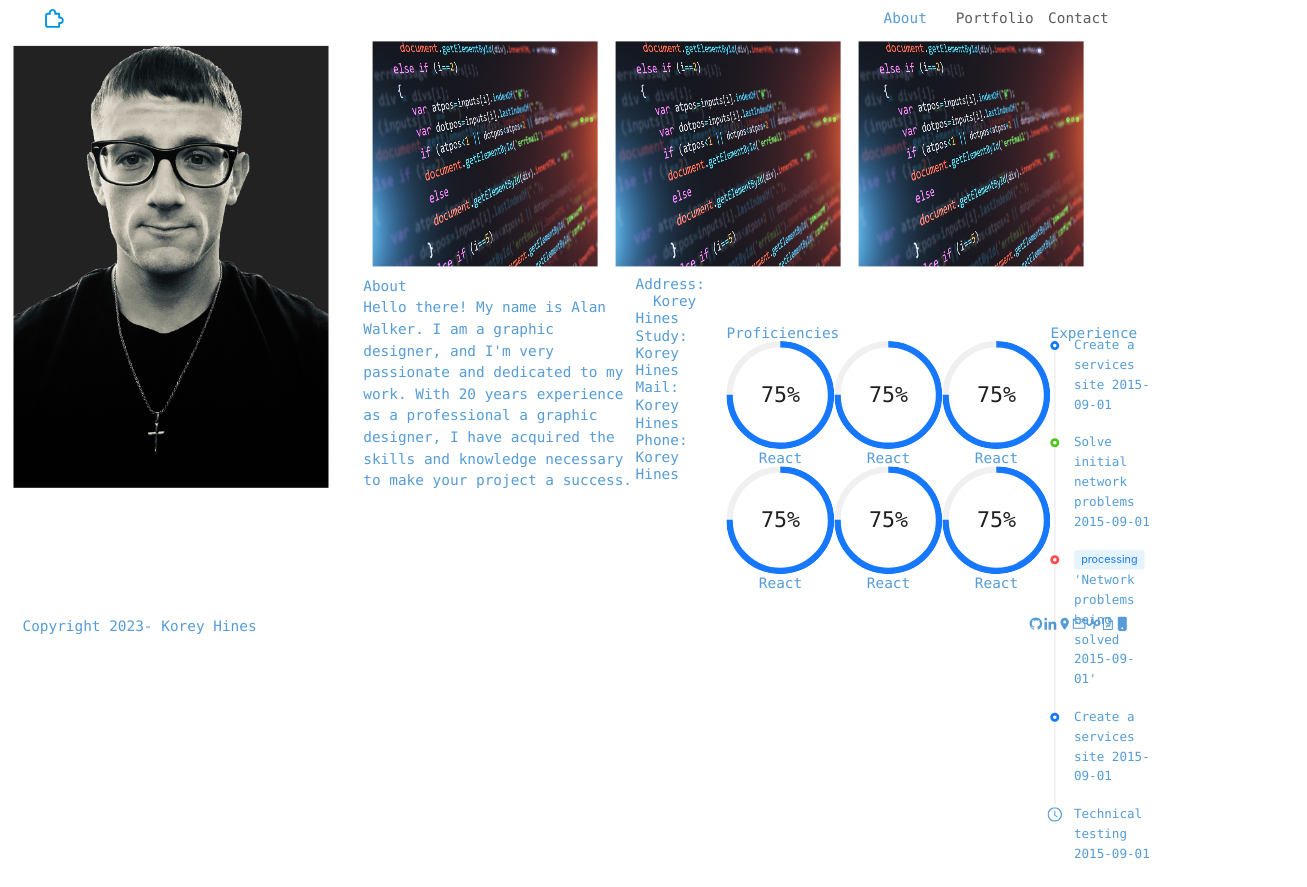
Repository: devkthines/next-portfolio-v2
Page: /about
The author's editor kept a copy of each file at every save. The page is drawn from the files as they stood at one save, then again after a run of saves.
The browser window is 1280 px wide. The page is 1292 px wide, then 1452 px, so the pictures cover 1452 px, including what lies to the right of the window. The pictures show the whole page, at 90% of full size.
The project was rebuilt for these pictures with package versions that can differ from the ones it lists, and the page was loaded fresh each time. The framework's server and built-in components were replaced by stand-ins that run in the browser. Also part of the build but not shown: next.config.js.

Above is the page before, as saved 2023-09-25 21:57:29.

### src/app/layout.tsx
import 'bootstrap/dist/css/bootstrap.css';
import './globals.css'
import '../../css/style.css'
import '../../css/mobile.css'
import type { Metadata } from 'next'
import { Inter } from 'next/font/google'
import TopNav from './components/topNav'
import Footer from './components/footer'
import BottomNav from './components/bottomNav'
// Put any other imports below so that CSS from your
// components takes precedence over default styles.
const inter = Inter({ subsets: ['latin'] })

export const metadata: Metadata = {
  title: "&lt;Korey ❤️ Coding/&gt;",
  description: 'Generated by create next app',
  icons: '/puzzle-piece.svg'
}

export default function RootLayout({
  children,
}: {
  children: React.ReactNode
}) {
  return (
    <html lang="en">
      <head>
        <link rel="shortcut icon" href="/puzzle-piece.svg" type="image/x-icon" />
      </head>
      <body className={inter.className}>
        <TopNav />
        {children}
        <Footer />
        <BottomNav />
      </body>
    </html>
  )
}

### src/app/about/page.js
'use client'
import Container from 'react-bootstrap/Container';
import Row from 'react-bootstrap/Row';
import Col from 'react-bootstrap/Col';
import Button from 'react-bootstrap/Button';
import Card from 'react-bootstrap/Card';
import { Progress, Space } from 'antd';
import { ClockCircleOutlined } from '@ant-design/icons';
import { Timeline } from 'antd';
import Image from 'next/image';
import { Descriptions } from 'antd';
import { Divider, Tag } from 'antd'
import { CaretRightOutlined } from '@ant-design/icons'
const items = [
  {
    key: '1',
    label: 'Name',
    children: 'Zhou Maomao',
  },
  {
    key: '2',
    label: 'Telephone',
    children: '209-366-9363',
  },
  {
    key: '3',
    label: 'Study',
    children: 'Software Engineering',
  },
  {
    key: '4',
    label: 'email',
    children: 'dev.kthines@gmail.com',
  },
  {
    key: '5',
    label: 'Address',
    children: 'Lodi, CA',
  },
];




export default function About() {

  return (
    <div id='about'>
      {/* <div> */}
      <Row>

          <Col id=''>
            <img variant="top" id='aboutImg' src='/images/IMG-update.jpg' /> </Col>
          <Col>
            <div>
              <div id='aboutImgs' className='d-flex'>
                <img className='aboutImgs' src="/images/webstorm-vs-vscode.jpeg" alt="" />
                <img className='aboutImgs' src="/images/webstorm-vs-vscode.jpeg" alt="" />
                <img className='aboutImgs' src="/images/webstorm-vs-vscode.jpeg" alt="" />
              </div>
              <div className='d-flex'>
                <div>
                  <span className='spanabout'>About</span>
                  <p>Hello there! My name is Alan Walker. I am
                    a graphic designer, and I'm very passionate and dedicated to my work.
                    With 20 years experience as a professional a graphic designer,
                    I have acquired the skills and knowledge necessary to make your project a success.</p>
                </div>
                <div>
                  <h6>Address: &nbsp;  Korey Hines</h6>
                  <h6>Study:  Korey Hines</h6>
                  <h6>Mail:  Korey Hines</h6>
                  <h6>Phone:  Korey Hines</h6>
                </div>
              </div>
            </div>
          </Col>

        <Col id='' className=''>
          <div id='abtTop' className='d-flex '><div>
          </div>
            <div className='d-flex'>

            </div>
          </div>
          <div id='abtBtm' className='d-flex'>
            <div>
              <h1>Proficiencies</h1>
              <div className='d-flex'>
                <div className='text-center'><Progress strokeLinecap="butt" type="circle" percent={75} /><h6>React</h6></div>
                <div className='text-center'><Progress strokeLinecap="butt" type="circle" percent={75} /><h6>React</h6></div>
                <div className='text-center'><Progress strokeLinecap="butt" type="circle" percent={75} /><h6>React</h6></div>
              </div>
              <div className='d-flex'>
                <div className='text-center'><Progress strokeLinecap="butt" type="circle" percent={75} /><h6>React</h6></div>
                <div className='text-center'><Progress strokeLinecap="butt" type="circle" percent={75} /><h6>React</h6></div>
                <div className='text-center'><Progress strokeLinecap="butt" type="circle" percent={75} /><h6>React</h6></div>
              </div>
            </div>
            <div> <h1>Experience</h1>
              <Timeline
                // mode="alternate"
                items={[
                  {
                    children: 'Create a services site 2015-09-01',
                  },
                  {
                    children: 'Solve initial network problems 2015-09-01',
                    color: 'green',
                  },
                  {
                    color: 'red',
                    children: <><Tag bordered={false} color="processing">
                      processing
                    </Tag>'Network problems being solved 2015-09-01'</>,
                  },
                  {
                    children: 'Create a services site 2015-09-01',
                  },
                  {
                    dot: <ClockCircleOutlined style={{ fontSize: '16px' }} />,
                    children: 'Technical testing 2015-09-01',
                  },
                ]}
              />
            </div>
          </div>
        </Col>
      </Row>
      {/* </div> */}
    </div>
  )
}

### css/style.css
* {
    box-sizing: border-box;
    margin: 0;
    padding: 0;
    font-family: Consolas, "Courier New", monospace;
    /* background-color: #222222; */
    color: #569cd6;

}

body {
    background-color: white;
}

.infoSection {
    /* width: 80vw; */
    height: 90vh;
    /* display: flex; */
    /* justify-content: center; */
    /* margin-bottom: 20vh; */
    background-color: #222222;
    border-bottom: 3px solid #569cd6;
}

#infoCol {
    display: flex;
    justify-content: center;
}

.aboutSection {
    /* width: 80vw; */
    padding-top: 100px;
    /* height: 70vh; */
    background: linear-gradient(#222222, rgb(24, 24, 24));
}

#portrait {
    width: 40vw;
    height: 80vh;
    /* border-radius: 0 0 2rem 2rem; */
}

#portraitCol {
    display: flex;
    justify-content: center;
}

#portrait:hover {
    transform: rotateX(180deg);
}

.imgTest {
    margin: 10px;
}

.imgTest:active {
    flex-grow: 10000;
    transform: scale(1);

    max-width: 600px;
    margin: 0px;
    border-radius: 40px;

    background-size: auto 100%;
}

.tab-content {
    height: 100% !important;
    margin-left: 25% !important;
}

/* .color-change{
    background-color: greenyellow;
} */
.noShow {
    display: none;
}

.buttonShow {
    display: block;
}

#tile1 {
    width: 700px;
    height: 500px;
}

#experience {
    padding-top: 50px;
    height: auto;
}

main {
    display: flex;
    flex-direction: column;
    justify-content: center;
    align-items: center;
}

.middle {
    transition: .5s ease;
    opacity: 0;
    position: absolute;
    top: 50%;
    left: 50%;
    transform: translate(-50%, -50%);
    -ms-transform: translate(-50%, -50%);
    text-align: center;
}

#imageTile1 {
    position: relative;
    width: 40vw;
    height: 70vh;
}

#tile1 {
    width: 100%;
    height: 100%;
}

#imageTile1:hover #tile1 {
    opacity: 0.3;
}

#imageTile1:hover .middle {
    opacity: 1;
}

.text {
    background-color: #04AA6D;
    color: white;
    font-size: 16px;
    padding: 16px 32px;
}

#no-expand {
    display: none;

}

#expandIt {
    display: block;
}

.no-Display {
    display: none;
}

.okToDisplay {
    display: block;
}

a.nav-link {
    color: #569cd6;
}


#topNav {
    background-color: white;
    display: none;
    /* position: fixed; */
    /* top: 0; */
    width: 100%;
    height: 5vh;
}

#footer {
    display: flex;
    justify-content: space-between;
    padding: 0 25px;
}

#bottomNav {
    display: flex;
    position: fixed;
    bottom: 0;
    width: 100%;
    background-color: white;
    font-size: 16px;
}
#about{
    /* margin-top: 10vh; */
    height: 90vh;
    /* overflow: hidden; */
}

#aboutImg{
    width: 400px;
    /* height: ; */
    padding: 15px 15px 30px;
}
#aboutcard{
    box-shadow: 0 4px 6px rgba(0, 0, 0, .3);
    /* height: fit-content; */
    /* width: 400px; */

}
.interests{
    width: 200px;
    height: 300px;
}
.interestImg{
    width: 200px;
    height: 200px;
}
#abtTop{
    height: 45vh;
}
#abtBtm{
    height: 45vh;
}
#abtLeft{
    /* width: 25vw; */
}
#abtRight{
    /* width: 75vw; */
}
.aboutImgs{
    width: 250px;
    height: 250px;
    margin: 10px;
}
#aboutImgs{

}
.spanabout ::after{
margin-left: 25px;
width: 5000px;
height: 1px;
background-color: #7d7789;
left: 100%;
top: 50%;
}

### css/mobile.css
@media screen and (min-width: 640px){

    /* background-color: green!important; */
    #portrait{
        width: 500px;
        height: 500px;
        /* border-radius: 0 0 2rem 2rem; */

    }

main{
    /* color: white!important; */
}
}
@media screen and (min-width: 768px){
#portraitCol{

    justify-content: start;
}
#infoCol{
    justify-content: end;
    /* text-align: end; */
}
}
@media screen and (min-width: 1024px){
    #portrait{
        width: 600px;
        height: 600px;
        /* border-radius: 0 0 2rem 2rem; */
    }
    #topNav{
        display:flex ;
    }
    #bottomNav{
        display: none;
    }
}
@media screen and (min-width: 1280px){

}
@media screen and (min-width: 1536px){

}

### src/app/components/topNav.js
'use client';
import Nav from 'react-bootstrap/Nav';
import Image from 'next/image';


export default function TopNav(){

    return(
        <header>
        {/* <Navbar id='topNav' className={`${color ? 'color-change' : ''}`} sticky='top' expand="lg" > */}

        <Nav id='topNav' variant="underline" defaultActiveKey="/home" className='d-flex justify-content-between'>
       <div className='ms-5'><Nav.Item>
          <Nav.Link href="/"><Image width={25} height={25} id='navbrand' src="/puzzle-piece.svg" alt="" /></Nav.Link>
        </Nav.Item></div>
        <div className='d-flex me-5'><Nav.Item className='px-3'>
          <Nav.Link href="/about">About</Nav.Link>
        </Nav.Item>
        <Nav.Item className='px-3'>
          <Nav.Link eventKey="disabled" disabled>
            Portfolio
          </Nav.Link>
        </Nav.Item>
        <Nav.Item>
          <Nav.Link eventKey="disabled" disabled>
            Contact
          </Nav.Link>
        </Nav.Item>
        </div>
      </Nav>
      </header>
    )
} ;

### src/app/components/footer.js
'use client'

import OverlayTrigger from 'react-bootstrap/OverlayTrigger';
import Card from 'react-bootstrap/Card';
import { AiFillGithub } from 'react-icons/ai';
import { GrLinkedinOption } from 'react-icons/gr';
import { MdVolunteerActivism } from 'react-icons/md';
import { IoLogoCss3 } from 'react-icons/io';
import { IoLogoJavascript } from 'react-icons/io';
import { CgGym } from 'react-icons/cg';
import { AiOutlineMail } from 'react-icons/ai';
import { AiOutlineFilePdf } from 'react-icons/ai';
import { BsFillPhoneFill } from 'react-icons/bs';
import { MdLocationOn } from 'react-icons/md';
import { SiUpwork } from 'react-icons/si';
// import PicOfMe from '/images/image_67220481.JPG'
import Container from 'react-bootstrap/Container';
import Row from 'react-bootstrap/Row';
import Col from 'react-bootstrap/Col';
import { useEffect } from 'react';
import Tooltip from 'react-bootstrap/Tooltip';
import $ from 'jquery'

 export default function Footer(){
    const btnName = {
        'gitHub': {
          'id': 1,
          "placement": "bottom",
          "info": "gitHub",
          "icon": <a href="https://github.com/devkthines" target='_blank'>
            <button className='quickLinks'><AiFillGithub /></button></a>
        },
        'linkedIn': {
          'id': 2,
          "placement": "bottom",
          "info": "linkedIn",
          "icon": <a href="https://www.linkedin.com/in/korey-hines-17b0a9263" target='_blank'><button className='quickLinks'><GrLinkedinOption />
          </button></a>
        },
        'gMaps': {
          'id': 3,
          "placement": "bottom",
          "info": "gMaps",
          "icon": <a href="https://goo.gl/maps/BovFkBEjUMQ6VBob9" target='_blank'>
            <button className='quickLinks'><MdLocationOn /></button></a>
        },
        'gMail': {
          'id': 4,
          "placement": "bottom",
          "info": "gMail",
          "icon": <a href="mailto:dev.kthines@gmail.com"><button className='quickLinks'><AiOutlineMail /></button></a>
        },
        'upWork': {
          'id': 5,
          "placement": "bottom",
          "info": "upWork",
          "icon": <a href="https://www.upwork.com/freelancers/~01ae4feb16c6fa7213?viewMode=1" target='_blank'>
            <button className='quickLinks'><SiUpwork /></button></a>
        },
        'redPDF': {
          'id': 6,
          "placement": "bottom",
          "info": "resume",
          "icon": <a className='aLink' target="_blank" href="/files/hinesResume.pdf">
            <button className='quickLinks'><AiOutlineFilePdf /></button></a>
        },
        'phone': {
          'id': 7,
          "placement": "bottom",
          "info": "phone",
          "icon": <a href="tel:2093669363" >  <button className='quickLinks'><BsFillPhoneFill /></button></a>
        }
      }
    return(
        <>
        <footer id='footer'><p>Copyright 2023- Korey Hines</p>
       <div> {Object.entries(btnName).map(([k, v]) => (
                <div className='d-inline-block' key={v.id}>
                  <OverlayTrigger
                    trigger="hover"
                    key={v.id}
                    placement={v.placement}
                    overlay={

                      <Tooltip id={`tooltip-${v.placement}`}>
                        {v.info}
                      </Tooltip>
                    }
                  >
                    {v.icon}
                  </OverlayTrigger>
                </div>))}
</div>
        </footer>
        </>
    )
 }

### src/app/components/bottomNav.js
'use client'
import Nav from 'react-bootstrap/Nav';
import Image from 'next/image';
export default function BottomNav(){

    return(
        <>
        <Nav id='bottomNav' className="justify-content-center" activeKey="/home">
        <Nav.Item>
          <Nav.Link href="/"><Image width={25} height={25} id='navbrand' src="/puzzle-piece.svg" alt="" /></Nav.Link>
        </Nav.Item>
        <Nav.Item>
          <Nav.Link eventKey="link-1">About</Nav.Link>
        </Nav.Item>
        <Nav.Item>
          <Nav.Link eventKey="link-2">Portfolio</Nav.Link>
        </Nav.Item>
        <Nav.Item>
          <Nav.Link eventKey="disabled" disabled>
            Contact
          </Nav.Link>
        </Nav.Item>
      </Nav>
        </>
    )
}

Loaded but not shown: src/app/globals.css (common file); tailwind.config.ts (common file)

After the next 3 saves:
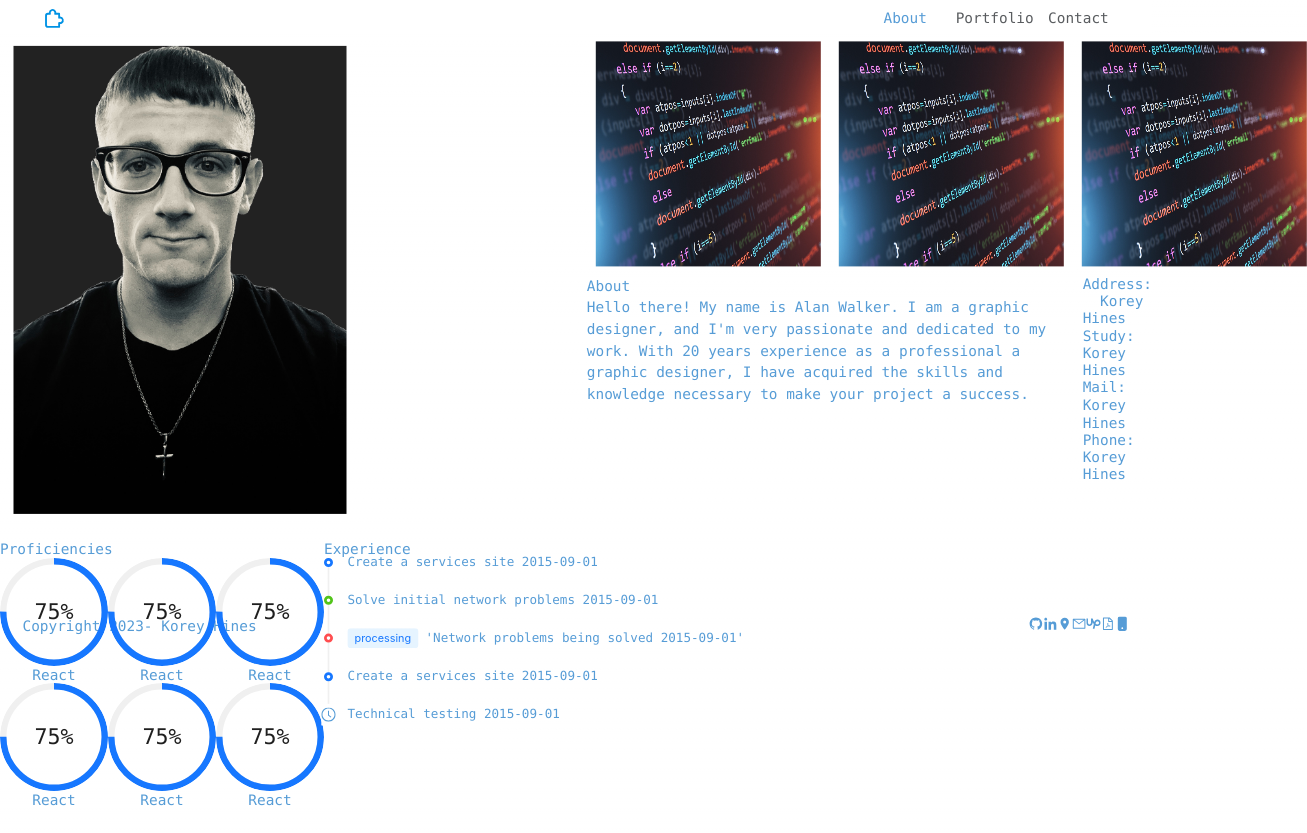
The 3 saves are shown as one change because they came seconds apart.
The last was saved 36 s later.
--- a/src/app/about/page.js
+++ b/src/app/about/page.js
@@ -76,13 +76,7 @@ export default function About() {
             </div>
           </Col>
 
-        <Col id='' className=''>
-          <div id='abtTop' className='d-flex '><div>
-          </div>
-            <div className='d-flex'>
 
-            </div>
-          </div>
           <div id='abtBtm' className='d-flex'>
             <div>
               <h1>Proficiencies</h1>
@@ -125,7 +119,7 @@ export default function About() {
               />
             </div>
           </div>
-        </Col>
+
       </Row>
       {/* </div> */}
     </div>
